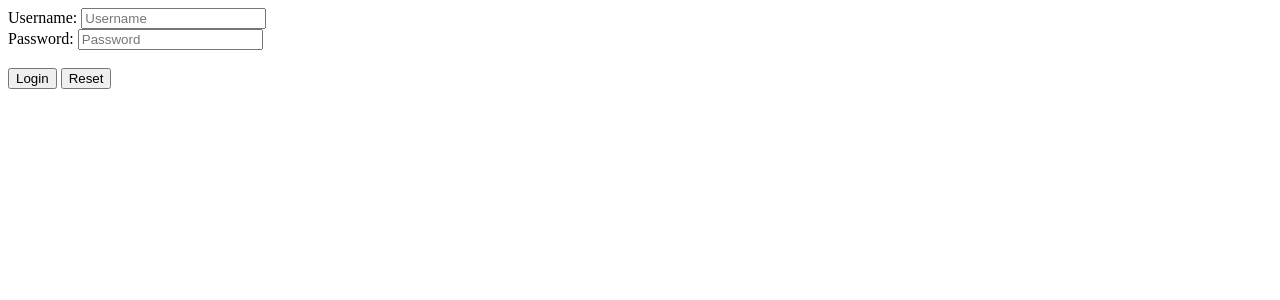
Repository: Roj13/cheapomail
Page: index.html
The author's editor kept a record of every edit. The page is drawn from the files as they stood at one moment, then again after the next edit.
The browser window is 1280 px wide. The pictures show the whole page.

Above is the page before.

After the next edit:
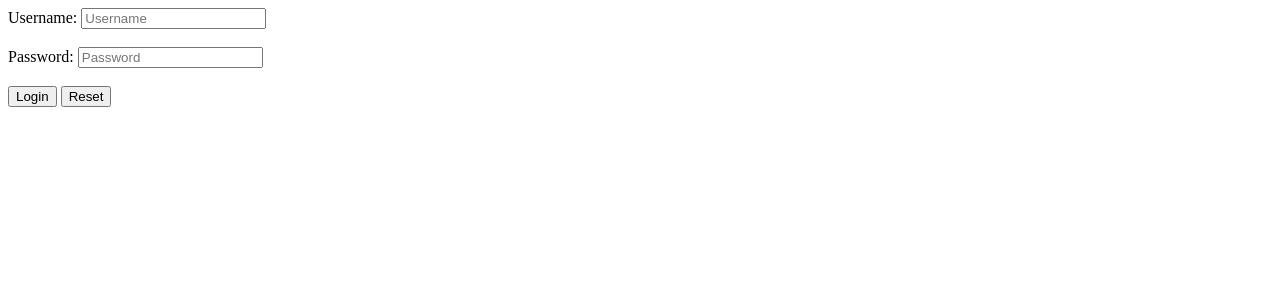
The edit:
--- a/index.html
+++ b/index.html
@@ -15,7 +15,7 @@
 
 <form>
     <label for="log">Username: </label>
-<input class= "user" type="text" placeholder="Username"/ required><br/>
+<input class= "user" type="text" placeholder="Username"/ required><br/><br/>
     <label for="pass">Password: </label>
 <input class= "pass" type="password" placeholder="Password" required/><br/><br/>
 
